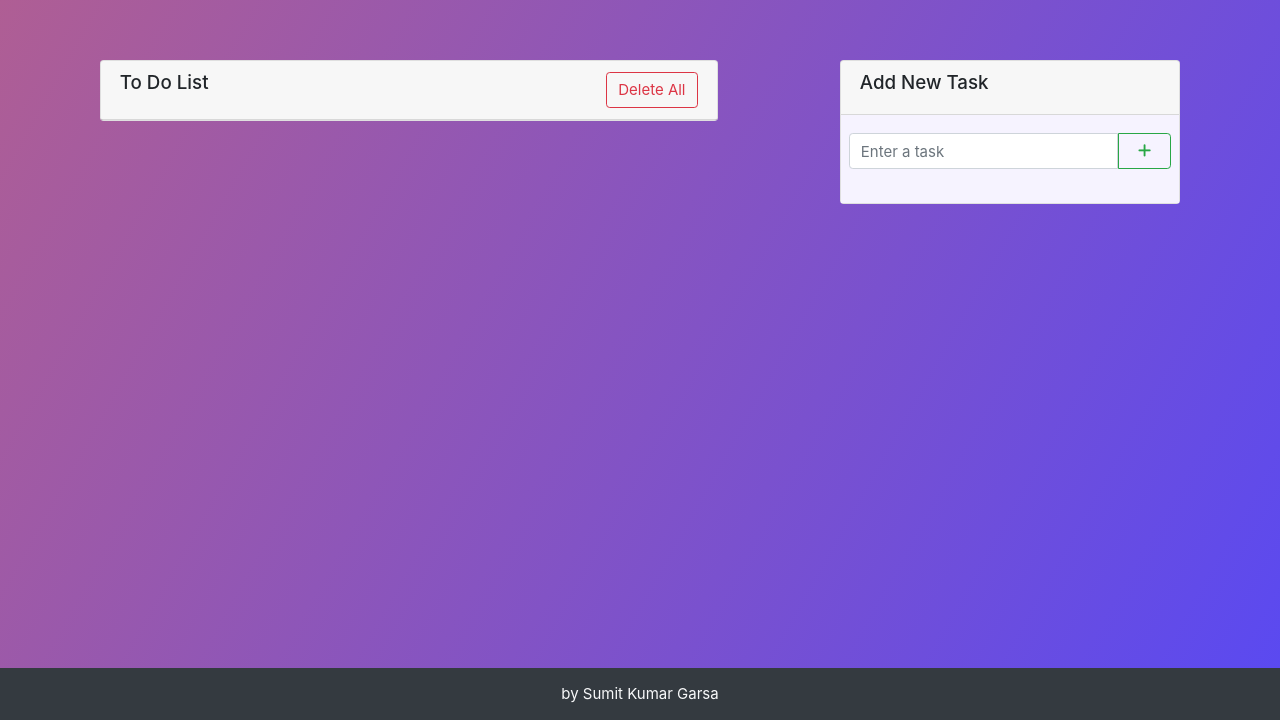
Repository: sumitkumargarssa/100-Web-Development-Series-Project
Page: Project 03 To do List/index.html
An editor plug-in stored every save of this project. The page is shown before and after the next save, followed by the edit.
The browser window is 1280 px wide. The pictures show the whole page.
Some web libraries are served in a nearby version.

Above is the page before, as saved 2024-06-09 21:35:10.

### Project 03 To do List/index.html
<!DOCTYPE html>
<html lang="en">
  <head>
    <meta charset="UTF-8" />
    <meta name="viewport" content="width=device-width, initial-scale=1.0" />
    <meta
      name="keywords"
      content="to do list, online to do list, to do list app"
    />
    <meta
      name="description"
      content="Responsive, online To Do List App that can save the tasks into local storage.
    Whenever you enter from a device, your information won't be lost unless clear local storage by clearing the history or doing something else."
    />
    <meta name="author" content="Okan Uregen" />
    <title>To Do List</title>
    <script
      src="https://kit.fontawesome.com/9c206210e0.js"
      crossorigin="anonymous"
    ></script>
    <link
      rel="stylesheet"
      href="https://stackpath.bootstrapcdn.com/bootstrap/4.5.0/css/bootstrap.min.css"
      integrity="sha384-9aIt2nRpC12Uk9gS9baDl411NQApFmC26EwAOH8WgZl5MYYxFfc+NcPb1dKGj7Sk"
      crossorigin="anonymous"
    />
    <link rel="stylesheet" href="style.css" />
  </head>
  <body>
    <div class="mx-auto container mt-5 row">
      <div class="task-add-box my-3 col-12 col-lg-4 order-lg-3">
        <div class="card">
          <div class="card-header"><h5>Add New Task</h5></div>
          <div class="card-body px-4">
            <form id="addingForm" class="form-group row" action="">
              <input
                class="form-control col-10 col-md-11 col-lg-10"
                type="text"
                placeholder="Enter a task"
              />
              <button
                type="submit"
                class="btn btn-outline-success col-2 col-md-1 col-lg-2"
              >
                <i class="fas fa-plus"></i>
              </button>
            </form>
          </div>
        </div>
      </div>

      <div class="space col-0 col-lg-1 order-lg-2"></div>

      <div class="list-box my-3 col-12 col-lg-7 order-lg-1">
        <div class="card">
          <div class="card-header">
            <h5 class="float-left">To Do List</h5>
            <a
              href=""
              class="float-right btn btn-outline-danger rounded"
              id="delAll"
            >
              Delete All
            </a>
          </div>
          <div class="card-body p-0">
            <ul id="mainList" class="list-group">
              <div id="accordion">
                <li id="upperLi" class="list-group-item d-none">
                  <a
                    href="#collapse0"
                    class="card-link list-item line-throught"
                    data-toggle="collapse"
                  >
                    <!--Text Here-->
                  </a>

                  <a
                    href="#"
                    class="delete-item text-danger float-right fas fa-times mt-1 mx-1"
                  ></a>
                  <a
                    href="#"
                    class="check text-success float-right fas fa-check mt-1 mx-4"
                  ></a>
                  <div id="collapse0" class="collapse" data-parent="#accordion">
                    <div class="under-list-item">
                      <ul class="list-group">
                        <li id="innerLi" class="list-group-item">
                          <span class="m-0 p-0"><!--Text Here--></span>
                          <a
                            href="#"
                            class="d-none delete-inner-item text-danger float-right fas fa-times mt-1 mx-1"
                          ></a>
                          <a
                            href="#"
                            class="d-none inner-check text-success float-right fas fa-check mt-1 mx-4"
                          ></a>
                        </li>
                        <div class="mt-2 under-list-input px-4">
                          <form action="" class="form-group row">
                            <input
                              class="form-control col-10 col-md-11"
                              type="text"
                              placeholder="Enter Subtask"
                            />
                            <button
                              type="submit"
                              class="btn-add-inner-task btn btn-primary col-2 col-md-1 p-0"
                            >
                              <i class="i-add-inner-task fas fa-plus"></i>
                            </button>
                          </form>
                        </div>
                      </ul>
                    </div>
                  </div>
                </li>
              </div>
            </ul>
          </div>
        </div>
      </div>
    </div>

    <footer class="bg-dark text-light text-center p-3">
      <a href="https://www.github.com/okanuregen" class="text-light"
        >by Sumit Kumar Garsa</a
      >
    </footer>

    <script src="script2.js"></script>
    <script
      src="https://code.jquery.com/jquery-3.5.1.slim.min.js"
      integrity="sha384-DfXdz2htPH0lsSSs5nCTpuj/zy4C+OGpamoFVy38MVBnE+IbbVYUew+OrCXaRkfj"
      crossorigin="anonymous"
    ></script>
    <script
      src="https://cdn.jsdelivr.net/npm/popper.js@1.16.0/dist/umd/popper.min.js"
      integrity="sha384-Q6E9RHvbIyZFJoft+2mJbHaEWldlvI9IOYy5n3zV9zzTtmI3UksdQRVvoxMfooAo"
      crossorigin="anonymous"
    ></script>
    <script
      src="https://stackpath.bootstrapcdn.com/bootstrap/4.5.0/js/bootstrap.min.js"
      integrity="sha384-OgVRvuATP1z7JjHLkuOU7Xw704+h835Lr+6QL9UvYjZE3Ipu6Tp75j7Bh/kR0JKI"
      crossorigin="anonymous"
    ></script>
  </body>
</html>

### Project 03 To do List/style.css
html {
    font-size: 15px;
  }

  body {
    background: -webkit-gradient(
        linear,
        left top,
        right bottom,
        from(#af5e94),
        to(#5949f2)
      )
      fixed;
  }

  a {
    color: black;
    text-decoration: none;
  }
  a:hover {
    text-decoration: none;
  }
  .card {
    background-color: #fff;
  }
  .card-body,
  ul {
    background-color: rgb(246, 243, 255);
    min-height: 0px;
  }
  .form-control {
    border-top-right-radius: 0;
    border-bottom-right-radius: 0;
  }
  .btn {
    border-top-left-radius: 0;
    border-bottom-left-radius: 0;
  }
  .list-item {
    color: rgb(101, 101, 255);
  }
  .list-group-item {
    background-color: inherit;
    border: none;
  }
  .under-list-item {
    font-size: 0.9rem;
  }
  .under-list-item .list-group-item {
    color: rgb(78, 78, 78);
  }

  .under-list-input input {
    height: calc(1em + 0.75rem);
  }

  .line-throught {
    text-decoration: line-through;
  }

  footer {
    position: fixed;
    width: 100%;
    bottom: 0;
  }

  @media (max-width: 992px) {
    .container,
    .row {
      padding: 0;
      margin: 0 auto;
    }
    .btn-outline-danger {
      font-size: 0.9rem;
    }
    footer {
      position: relative;
      margin-top: 420px;
    }
  }
  @media (max-width: 400px) {
    #dellAll {
      font-size: 0.7rem;
    }
  }

### Project 03 To do List/script2.js
let allTasks = [];
let innerTasks = [];

let count = 1; //for identical collapse id
const upperLi = document.getElementById("upperLi");
const innerLi = document.getElementById("innerLi");
const mainForm = document.getElementById("addingForm");
const mainInput = addingForm.children[0];
const mainList = document.getElementById("mainList");
const delAll = document.getElementById("delAll");

eventListeners();
loadLS();
loadInnerTasks();

// all Listeners
function eventListeners() {
  //submit event
  mainForm.addEventListener("submit", addNewItem);

  //task stufs
  mainList.addEventListener("click", taskStufs);

  //delete all tasks
  delAll.addEventListener("click", deleteAll);
}

//to creat new task
function createNewTask(text, check) {
  //to clone upper visible li in html page
  const newLi = upperLi.cloneNode(true);
  //making visible the new li
  newLi.classList.remove("d-none");
  //removing id
  newLi.setAttribute("id", "");

  newLi.children[0].setAttribute("href", `#collapse${count}`); //identical colapseId

  newLi.children[0].classList.remove("line-throught");

  newLi.children[0].innerText = text;
  if (check === true) {
    newLi.children[0].classList.add("line-throught");
  } else {
    newLi.children[0].classList.remove("line-throught");
  }
  newLi.children[3].setAttribute("id", `collapse${count}`);

  mainList.children[0].appendChild(newLi);

  count++; //for different value of collapseId
  mainInput.value = "";
}

//add New Task
function addNewItem(e) {
  e.preventDefault();
  //entered text
  const taskText = mainInput.value;

  if (taskText != "") {
    allTasks = JSON.parse(localStorage.getItem("allTasks"));
    let c = false;
    allTasks.forEach(function (item) {
      if (item.text == taskText) {
        c = true;
        alert("Task Already Added");
      }
    });
    if (c == false) {
      createNewTask(taskText);
      saveLS(taskText, 1);
    }
  }
}

//to add Inner Tasks
function addInnerTask(upperText, mainText, check) {
  //to clone inner visible li from html page
  let tempLi = innerLi.cloneNode(true);
  tempLi.setAttribute("id", "");

  //making visible check and delete icons.
  tempLi.childNodes.forEach(function (item, index) {
    if (index == 3 || index == 5) {
      item.classList.remove("d-none");
    }
  });
  //to add the value to new li text
  tempLi.children[0].innerText = mainText;

  //check
  if (check == true) {
    tempLi.children[0].classList.add("line-throught");
  } else {
    tempLi.children[0].classList.remove("line-throught");
  }

  //adding new inner task to last of the list before form
  let tempList;
  for (let i = 1; i < mainList.children[0].children.length; i++) {
    if (upperText == mainList.children[0].children[i].children[0].innerText) {
      tempList = mainList.children[0].children[i];
      break;
    }
  }

  //adding inner to upper
  tempList.lastElementChild.firstElementChild.firstElementChild.insertBefore(
    tempLi,
    tempList.lastElementChild.firstElementChild.firstElementChild
      .lastElementChild
  );
}

//delete and check a task - add new inner task
function taskStufs(e) {
  e.preventDefault();
  //delete item
  if (e.target.classList.contains("delete-item")) {
    //remove LS

    const text = e.target.parentElement.children[0].innerText;
    saveLS(text, 0);

    //remove inner tasks of it
    let tempInnerList = JSON.parse(localStorage.getItem("innerTasks"));

    tempInnerList.forEach(function (item) {
      if (text == item.upperTaskText) {
        saveInnerTasks(item.mainText, 0, text);
      }
    });

    //remove from page
    e.target.parentElement.remove();

    // to check an inner task
  } else if (e.target.classList.contains("delete-inner-item")) {
    const upperText =
      e.target.parentElement.parentElement.parentElement.parentElement
        .parentElement.children[0].innerText;
    //removing LS
    saveInnerTasks(e.target.parentElement.children[0].innerText, 0, upperText);

    //Removing Page
    e.target.parentElement.remove();
  } else if (e.target.classList.contains("check")) {
    let tmpList = JSON.parse(localStorage.getItem("allTasks"));

    if (
      e.target.parentElement.children[0].classList.contains("line-throught")
    ) {
      for (let i = 0; i < tmpList.length; i++) {
        if (tmpList[i].text == e.target.parentElement.children[0].innerText) {
          tmpList[i].check = false;
          localStorage.setItem("allTasks", JSON.stringify(tmpList));
          break;
        }
      }

      e.target.parentElement.children[0].classList.remove("line-throught");
    } else {
      for (let i = 0; i < tmpList.length; i++) {
        if (tmpList[i].text == e.target.parentElement.children[0].innerText) {
          tmpList[i].check = true;
          localStorage.setItem("allTasks", JSON.stringify(tmpList));
          break;
        }
      }

      e.target.parentElement.children[0].classList.add("line-throught");
    }

    //adding inner task with button
  } else if (e.target.classList.contains("inner-check")) {
    let tmp = JSON.parse(localStorage.getItem("innerTasks"));

    const upperText =
      e.target.parentElement.parentElement.parentElement.parentElement
        .parentElement.children[0].innerText;

    if (
      e.target.parentElement.children[0].classList.contains("line-throught")
    ) {
      tmp.forEach(function (item) {
        if (
          item.mainText == e.target.parentElement.children[0].innerText &&
          item.upperTaskText == upperText
        ) {
          item.check = false;
          localStorage.setItem("innerTasks", JSON.stringify(tmp));
        }
      });
      e.target.parentElement.children[0].classList.remove("line-throught");
    } else {
      tmp.forEach(function (item) {
        if (
          item.mainText == e.target.parentElement.children[0].innerText &&
          item.upperTaskText == upperText
        ) {
          item.check = true;
          localStorage.setItem("innerTasks", JSON.stringify(tmp));
        }
      });
      e.target.parentElement.children[0].classList.add("line-throught");
    }
  } else if (e.target.classList.contains("btn-add-inner-task")) {
    //getting value of input
    const text = e.target.parentElement.childNodes[1].value;

    if (text != "") {
      innerTasks = JSON.parse(localStorage.getItem("innerTasks"));

      //getting upper text
      const upperText =
        e.target.parentElement.parentElement.parentElement.parentElement
          .parentElement.parentElement.children[0].innerText;

      let c = true;
      innerTasks.forEach(function (item) {
        if (item.mainText == text && item.upperTaskText == upperText) {
          c = false;
          alert("Task Already Added");
        }
      });
      if (c == true) {
        //adding innerTask List
        innerTasks.push({
          upperTaskText: upperText,
          mainText: text,
          check: false,
        });
        addInnerTask(upperText, text);
        saveInnerTasks(innerTasks[innerTasks.length - 1], 1);
      }
    }
    //clear input
    e.target.parentElement.childNodes[1].value = "";

    //adding inner task with i tag that in the button
    //same things with adding with btn
  } else if (e.target.classList.contains("i-add-inner-task")) {
    let text = e.target.parentElement.parentElement.childNodes[1].value;

    if (text != "") {
      //getting upper text
      const upperText =
        e.target.parentElement.parentElement.parentElement.parentElement
          .parentElement.parentElement.parentElement.children[0].innerText;

      //adding innerTask List
      innerTasks.push({ upperTaskText: upperText, mainText: text });

      addInnerTask(upperText, text);
      saveInnerTasks(innerTasks[innerTasks.length - 1], 1);

      //clear input
      e.target.parentElement.parentElement.childNodes[1].value = "";
    }
  }
}
//delete all
function deleteAll(e) {
  e.preventDefault();

  let list =
    e.target.parentElement.parentElement.children[1].children[0].childNodes[1]
      .children;

  while (list.length != 1) {
    //block the remove main invisible li in html
    list[list.length - 1].remove();
  }
  saveLS("", -1);
  saveInnerTasks("", -1);
}

//loading Main Tasks
function loadLS() {
  if (localStorage.getItem("allTasks") === null) {
    localStorage.setItem("allTasks", JSON.stringify(allTasks));
  } else {
    allTasks = JSON.parse(localStorage.getItem("allTasks"));

    allTasks.forEach(function (item) {
      if (item != "") {
        createNewTask(item.text, item.check);
      }
    });
  }
}

//loading Inner Tasks
function loadInnerTasks() {
  if (localStorage.getItem("innerTasks") === null) {
    localStorage.setItem("innerTasks", JSON.stringify(innerTasks));
  } else {
    innerTasks = JSON.parse(localStorage.getItem("innerTasks"));

    innerTasks.forEach(function (item) {
      if (item.mainText != "") {
        addInnerTask(item.upperTaskText, item.mainText, item.check);
      }
    });
  }
}

//saving Main Tasks
function saveLS(text, index) {
  //if index = 1 add, = 0 remove, =-1 remove all
  if (index == -1) {
    localStorage.removeItem("allTasks");
    allTasks.length = 0;
    loadLS();
  } else if (index == 0) {
    const tmp = JSON.parse(localStorage.getItem("allTasks"));
    let c;
    tmp.forEach(function (item, ind) {
      if (item.text == text) c = ind;
    });
    tmp.splice(c, 1);
    localStorage.setItem("allTasks", JSON.stringify(tmp));

    //delete inner tasks whose upper text that
    const tmp2 = JSON.parse(localStorage.getItem("innerTasks"));

    for (let i = 0; i < tmp2.length; i++) {
      if (tmp2[i].upperTaskText == text) {
        saveInnerTasks(tmp[i], 0);
      }
    }
  } else if (index == 1) {
    const tmp = JSON.parse(localStorage.getItem("allTasks"));
    tmp.push({ text: text, check: false });
    localStorage.setItem("allTasks", JSON.stringify(tmp));
  }
}

//saving Inner Tasks
function saveInnerTasks(item, index, upperText = "") {
  //if index = 1 add, = 0 remove, =-1 remove all, 2 check, =3 removeCheck
  if (index == -1) {
    localStorage.removeItem("innerTasks");
    innerTasks.length = 0;
    loadInnerTasks();
  } else if (index == 0) {
    const tmp = JSON.parse(localStorage.getItem("innerTasks"));

    let cont = false;
    let c;
    tmp.forEach(function (e, ind) {
      if (e.mainText == item && e.upperTaskText == upperText) {
        c = ind;
        cont = true;
      }
    });
    if (cont) {
      tmp.splice(c, 1);
      localStorage.setItem("innerTasks", JSON.stringify(tmp));
    }
  } else if (index == 1) {
    const tmp = JSON.parse(localStorage.getItem("innerTasks"));
    tmp.push(item);
    localStorage.setItem("innerTasks", JSON.stringify(tmp));
  }
}

After the next save:
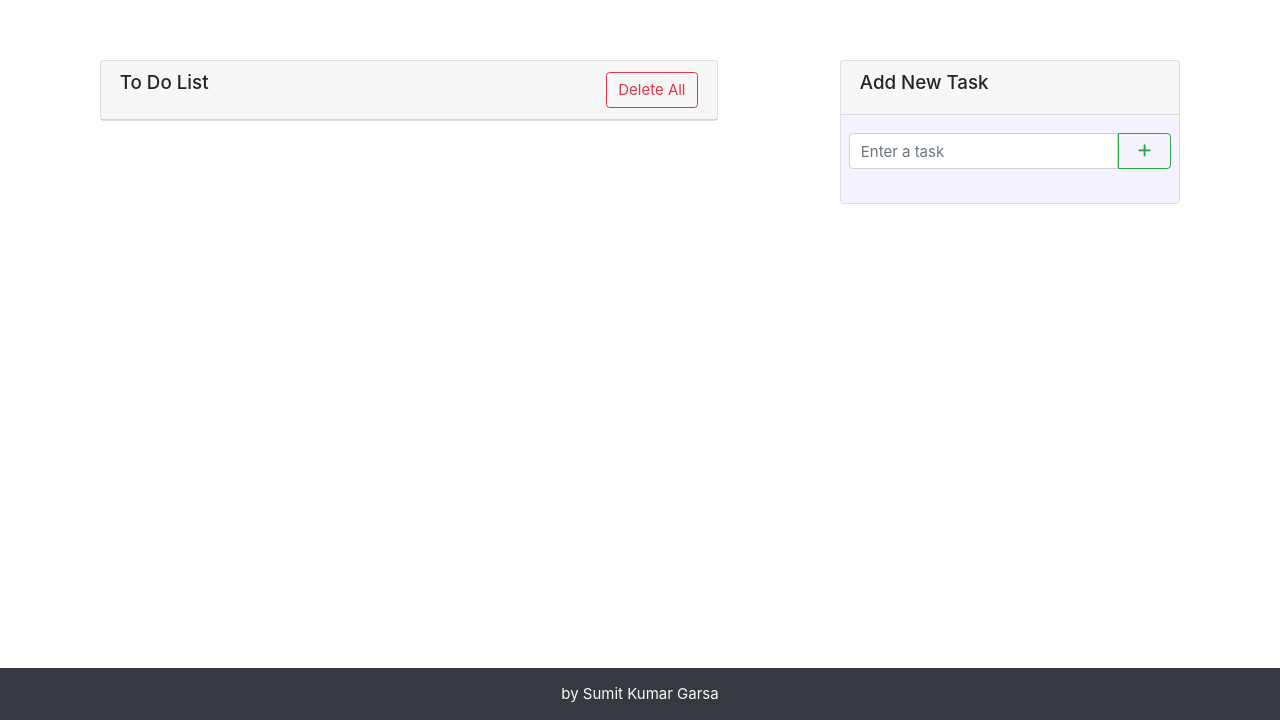
Saved 2 min 10 s later.
--- a/Project 03 To do List/style.css
+++ b/Project 03 To do List/style.css
@@ -7,8 +7,7 @@
         linear,
         left top,
         right bottom,
-        from(#af5e94),
-        to(#5949f2)
+        #fc466b
       )
       fixed;
   }

After the save that followed:
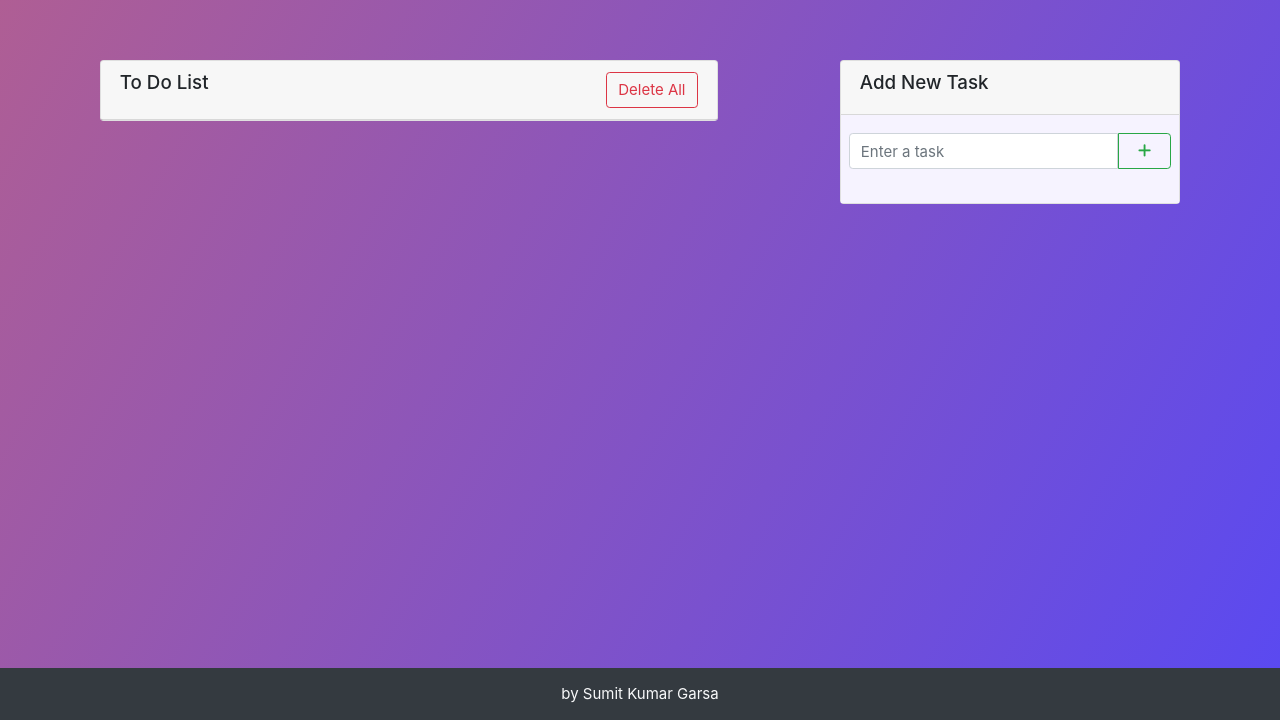
Saved 10 s later.
--- a/Project 03 To do List/style.css
+++ b/Project 03 To do List/style.css
@@ -7,7 +7,8 @@
         linear,
         left top,
         right bottom,
-        #fc466b
+        from(#af5e94),
+        to(#5949f2)
       )
       fixed;
   }
